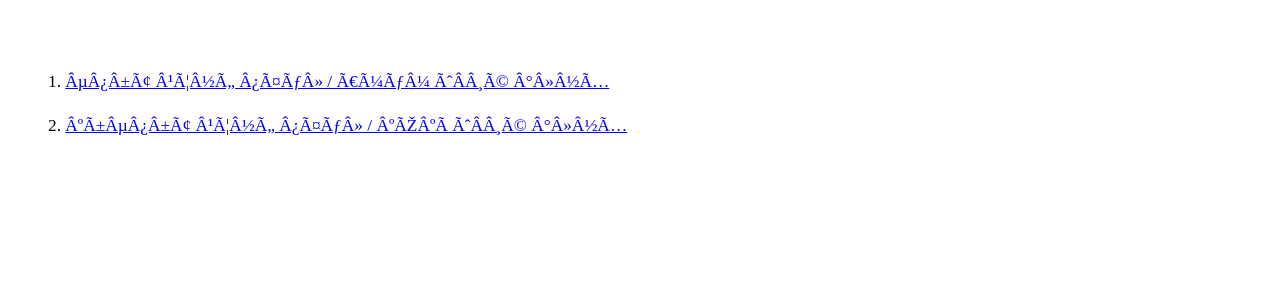
Repository: yeobinJeong/demoweb
Page: ajaxweb/WebContent/demo/helloajax.html
An editor plug-in stored every save of this project. The page is shown before and after the next save, followed by the edit.
The browser window is 1280 px wide. The pictures show the whole page.

Above is the page before, as saved 2016-04-21 05:20:42.

### ajaxweb/WebContent/demo/helloajax.html
<!DOCTYPE html>
<html>
<head>
	<meta charset="ECU-KR">
	<title>Ajax Demo</title>
	<script type="text/javascript">

		var proxy;//ºñµ¿±â ¿äÃ»À» ¼öÇàÇÒ °´Ã¼ ÂüÁ¶
		function doRequest() {
			//proxy = new XMLHttpRequest();//°´Ã¼ »ý¼º
			proxy = getXmlHttpRequest();
			if (proxy == null) {
				alert('¿äÃ» ½ÇÆÐ');
				return;
			}
			proxy.open(
				"GET",	//¿äÃ» ¸Þ¼­µå (OR POST)
				"handler2.jsp", //¿äÃ» ¼ö½ÅÀÚ
				true);	//ºñµ¿±â ¿©ºÎ
			//¿äÃ»¿¡ ´ëÇÑ ÀÀ´äÀÌ µµÂøÇßÀ» ¶§ È£ÃâÇÒ ÇÔ¼ö ÁöÁ¤
			proxy.onreadystatechange = processResult;
			proxy.send(null);//¿äÃ» Àü¼Û - nullÀº get ¹æ½ÄÀÏ¶§ »ç¿ë
		}
		function processResult() {
			//1:¿äÃ»Àü, 2:¿äÃ»ÈÄ, 3:ÀÀ´ä¼ö½Å½ÃÀÛ, 4:ÀÀ´ä¼ö½ÅÁ¾·á
			if (proxy.readyState == 4) {
				if (proxy.status == 200) {//ÀÀ´äÄÚµåÈ®ÀÎ (Á¤»óÀÀ´ä)
					var content = proxy.responseText;//ÀÀ´ä ³»¿ë
					var div = document.createElement("div");//div ¿ä¼Ò »ý¼º
					div.style.border = 'solid 1px red';
					div.style.padding = "10px";
					div.style.marginTop = "5px";
					div.innerHTML = content;//ÀÀ´ä °á°ú¸¦ ¸¸µç div¿¡ Ãß°¡
					var resultDiv = document.getElementById("result");
					resultDiv.appendChild(div);//result div ÇÏÀ§ Ç×¸ñÀ¸·Î Ãß°¡
				} else {
					alert('¿À·ù : ' + proxy.status)
				}
			}
		}


		function getXmlHttpRequest() {
			//ºê¶ó¿ìÀú ³»Àå °´Ã¼·Î Á¦°øµÇ´Â °æ¿ì
			if (window.XMLHttpRequest) return new XMLHttpRequest();

			//ActiveX ¹æ½ÄÀ¸·Î Á¦°øµÇ´Â °æ¿ì (IE ÇÏÀ§ ¹öÀü)
			var versions = [
				"MSXML2.XMLHttp.6.0",
				"MSXML2.XMLHttp.5.0",
				"MSXML2.XMLHttp.4.0",
				"MSXML2.XMLHttp.3.0",
				"MSXML2.XMLHttp",
				"Microsoft.XMLHttp"
			];
			for (var i = 0; i < versions.length; i++) {
				try {
					temp = new ActiveXObject(versions[i]);
					return temp;
				} catch (e) {}
			}
			return null;
		}
	</script>
</head>
<body>
	<br /><br /><br />
	<div style="padding:10px;margin-left: 30px;font-size:13pt">
		1. <a href="handler1.jsp">µ¿±â ¹æ½Ä ¿äÃ» / ÀüÃ¼ È­¸é °»½Å</a><br /><br />
		2. <a href="javascript:doRequest();">ºñµ¿±â ¹æ½Ä ¿äÃ» / ºÎºÐ È­¸é °»½Å</a>
	</div>
	<div id="result"
		style="padding:10px;margin-left: 30px;font-size:13pt">
	</div>
</body>
</html>

After the next save:
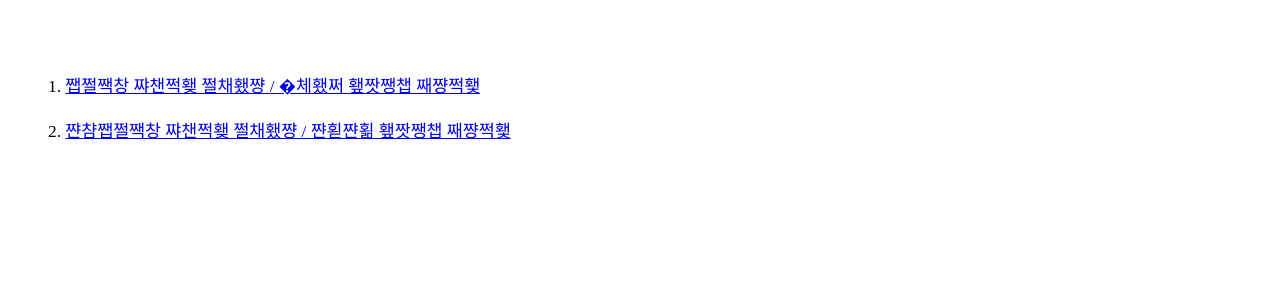
Saved 6 s later.
--- a/ajaxweb/WebContent/demo/helloajax.html
+++ b/ajaxweb/WebContent/demo/helloajax.html
@@ -1,7 +1,7 @@
 <!DOCTYPE html>
 <html>
 <head>
-	<meta charset="ECU-KR">
+	<meta charset="EUC-KR">
 	<title>Ajax Demo</title>
 	<script type="text/javascript">
 
